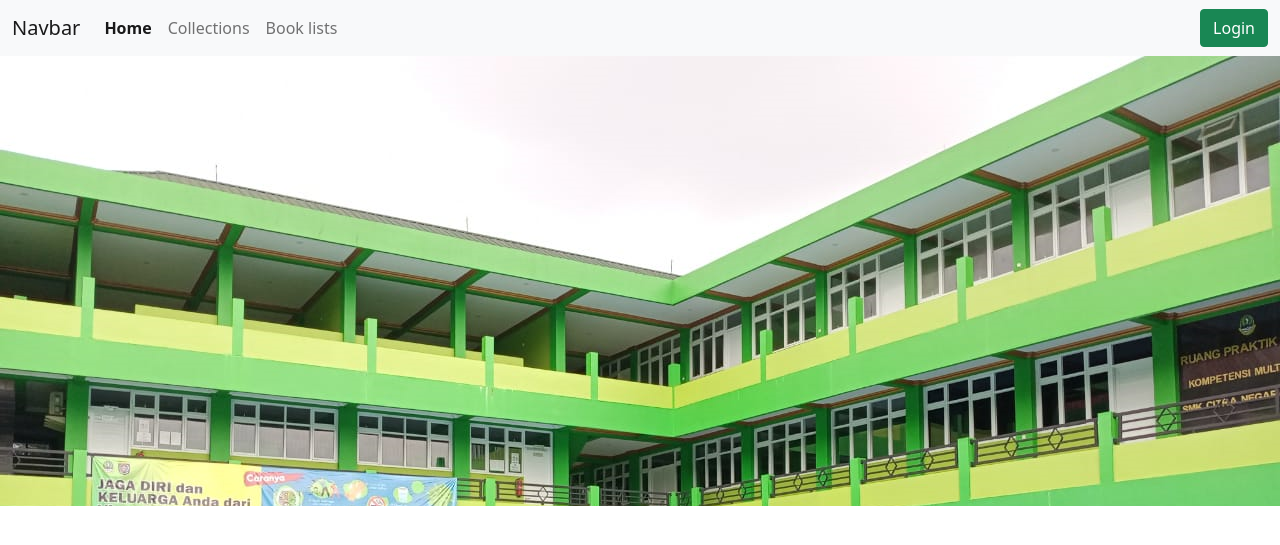
Repository: humanrizki/app-perpus-laravel-8
Page: http://localhost/home
An editor plug-in stored every save of this project. The page is shown before and after the next save, followed by the edit.
The browser window is 1280 px wide. The pictures show the whole page.
Some web libraries are served in a nearby version. The page is served by the project's Laravel application, run on PHP 8.4 with Laravel 8.

Above is the page before, as saved 2021-11-25 12:02:06.

After the next save:
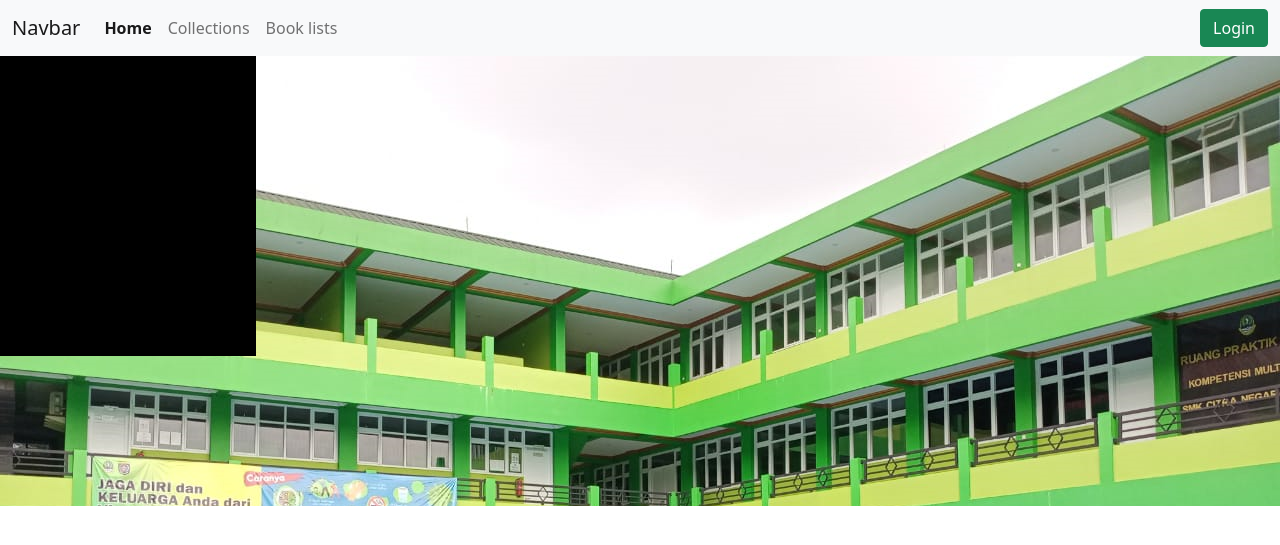
Saved 64 s later.
--- a/resources/views/homeTemplate.blade.php
+++ b/resources/views/homeTemplate.blade.php
@@ -6,7 +6,10 @@
         background-image:url('img/cn.png');
         background-repeat:no-repeat;
         ">
-        <div class="img-content">
+        <div class="img-content" style="
+            width:20%;
+            height:300px;
+            background-color:black;">
 
         </div>
     </div>

After the save that followed:
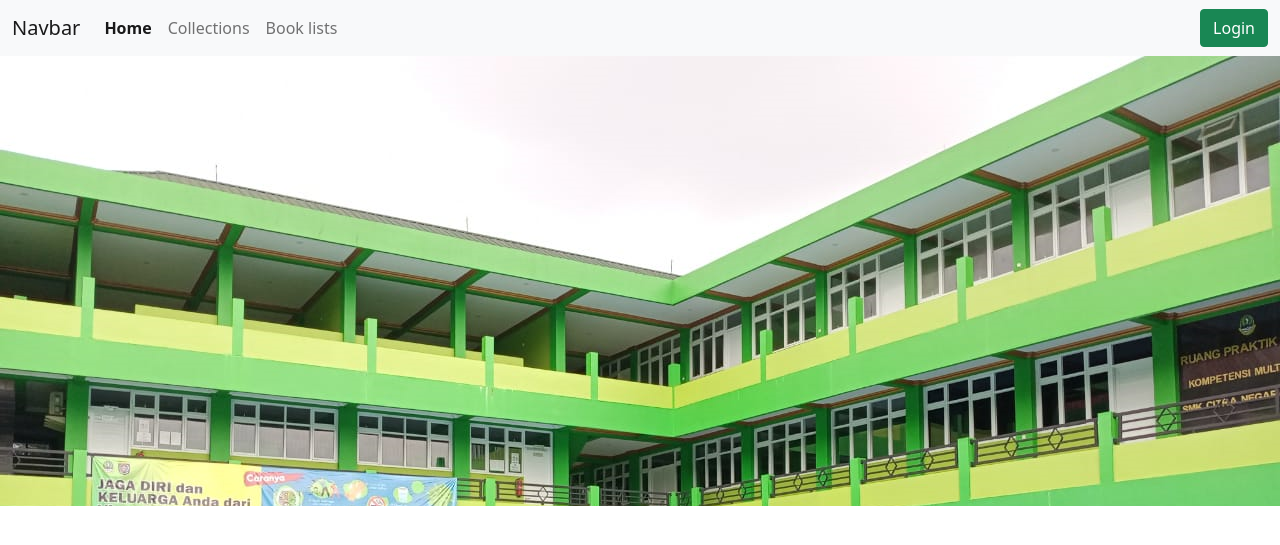
Saved 2 min 52 s later.
--- a/resources/views/homeTemplate.blade.php
+++ b/resources/views/homeTemplate.blade.php
@@ -6,11 +6,5 @@
         background-image:url('img/cn.png');
         background-repeat:no-repeat;
         ">
-        <div class="img-content" style="
-            width:20%;
-            height:300px;
-            background-color:black;">
-
-        </div>
     </div>
 @endsection
